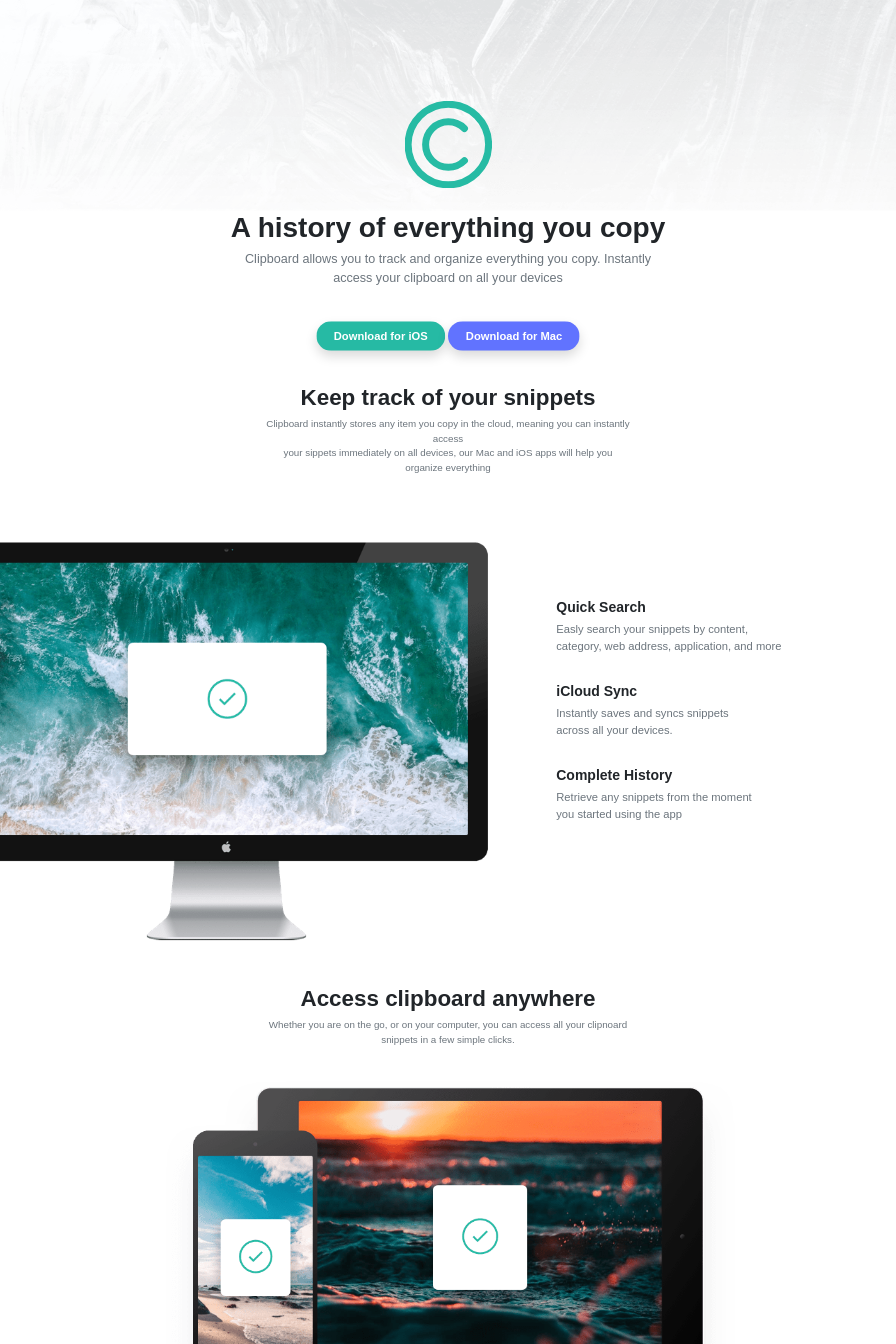
Repository: Kenkeluke/Clipboard-landing-page
Page: index.html
An editor plug-in stored every save of this project. The page is shown before and after a run of saves, followed by the edit.
The browser window is 1280 px wide. The pictures show the part of the page from y = 0 to 1920 px (the page is 3015 px tall), at 70% of full size.
Some web fonts or font styles are not loaded; a fallback is used.

Above is the page before, as saved 2022-09-03 23:46:54.

After the next 2 saves:
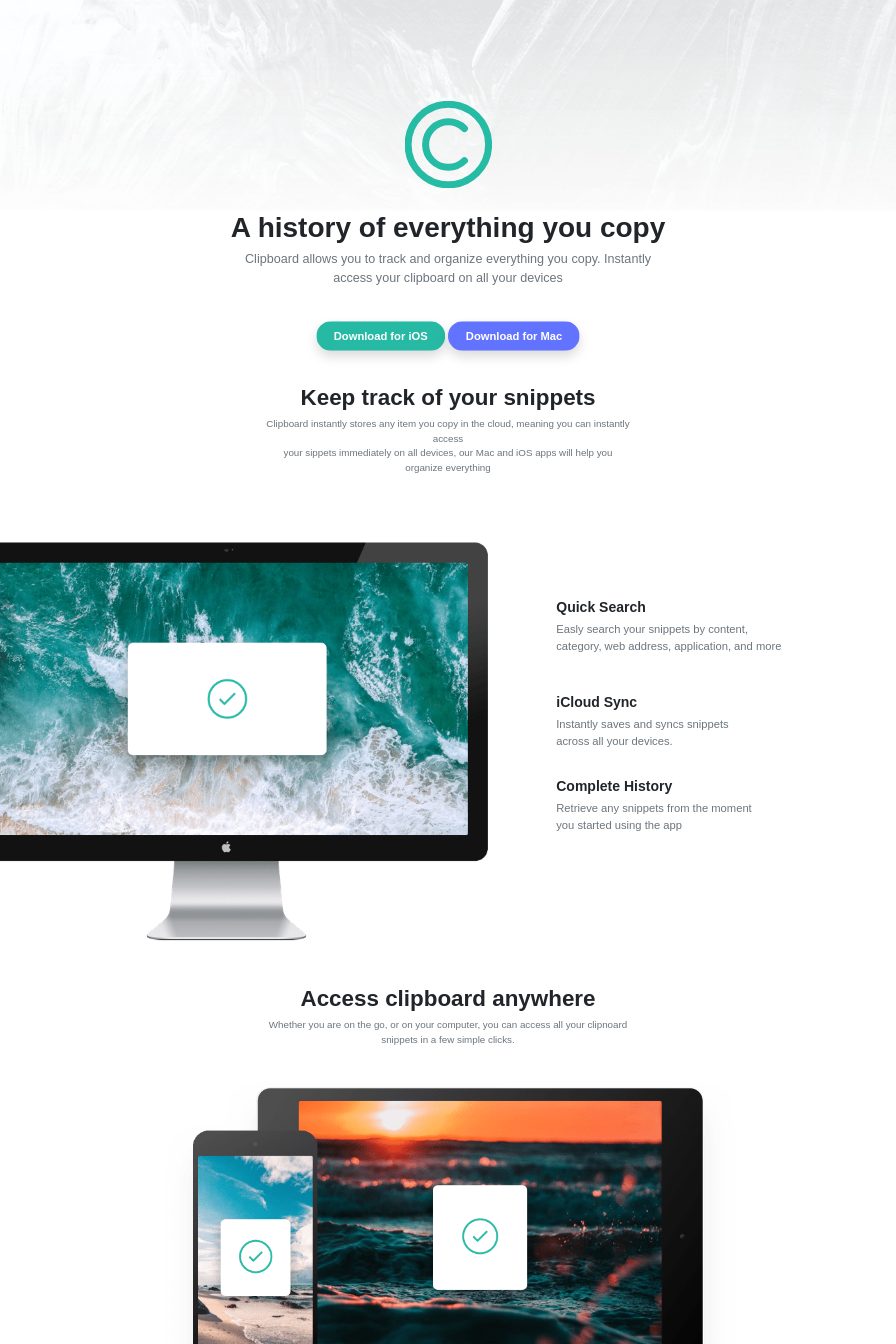
The 2 saves are shown as one change because they came seconds apart.
The last was saved 6 s later.
--- a/index.html
+++ b/index.html
@@ -49,7 +49,7 @@
   </figure>
 
   <article class="col-md-5 col d-flex flex-column justify-content-md-start justify-content-center mt-5 ps-md-5 pt-3">
-    <div class="first-article justify-content-md-start justfy-content-center text-md-start text-center pt-3 mb-">
+    <div class="first-article justify-content-md-start justfy-content-center text-md-start text-center pt-3 mb-3 mb-">
       <h5 class="fw-bolder"> Quick Search</h5>
 
       <p class="text-muted col-10 ms-4 ms-md-0">

After the 2 saves that followed:
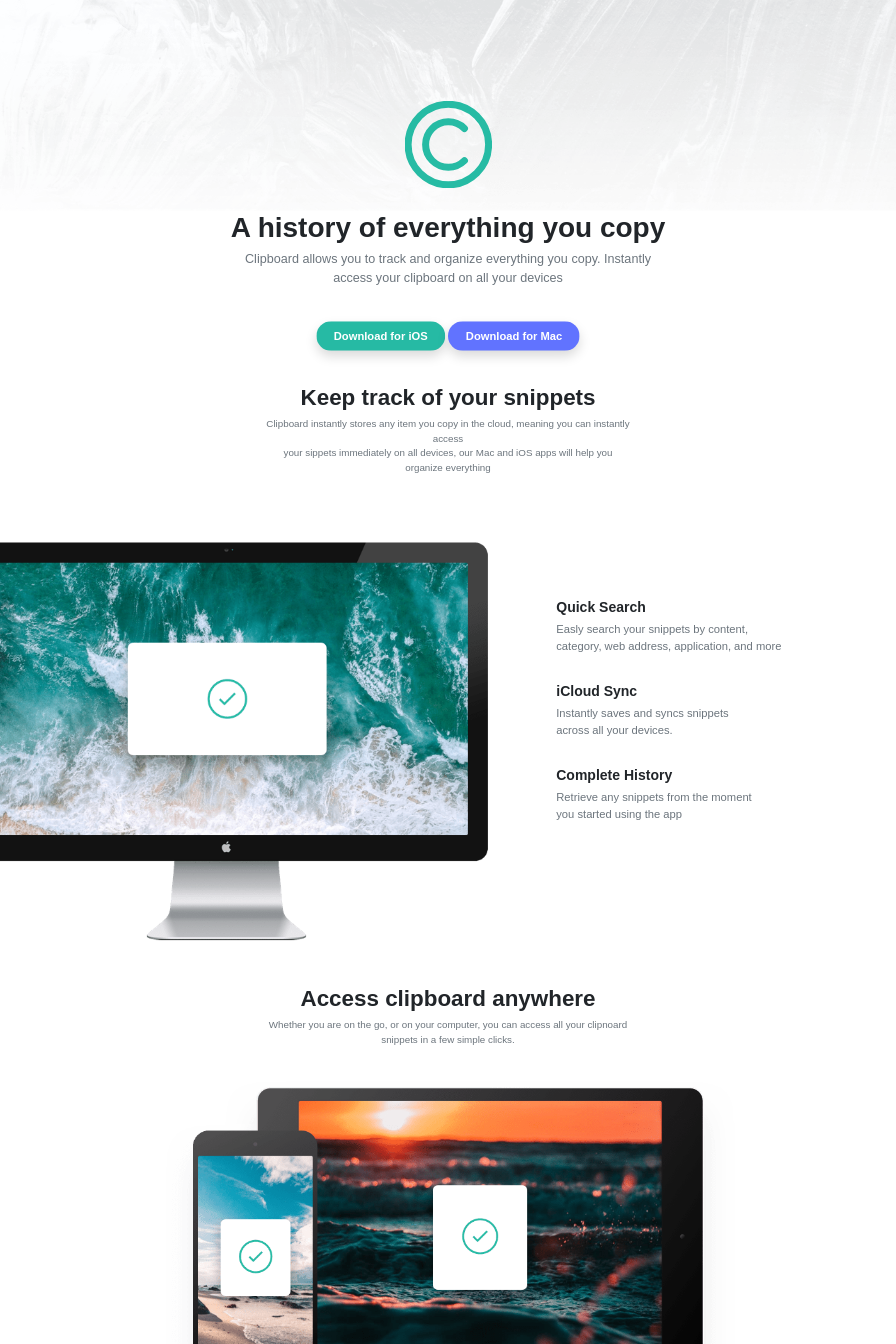
The 2 saves are shown as one change because they came seconds apart.
The last was saved 5 s later.
--- a/index.html
+++ b/index.html
@@ -49,7 +49,7 @@
   </figure>
 
   <article class="col-md-5 col d-flex flex-column justify-content-md-start justify-content-center mt-5 ps-md-5 pt-3">
-    <div class="first-article justify-content-md-start justfy-content-center text-md-start text-center pt-3 mb-3 mb-">
+    <div class="first-article justify-content-md-start justfy-content-center text-md-start text-center pt-3 mb-3 mb-md-0">
       <h5 class="fw-bolder"> Quick Search</h5>
 
       <p class="text-muted col-10 ms-4 ms-md-0">
